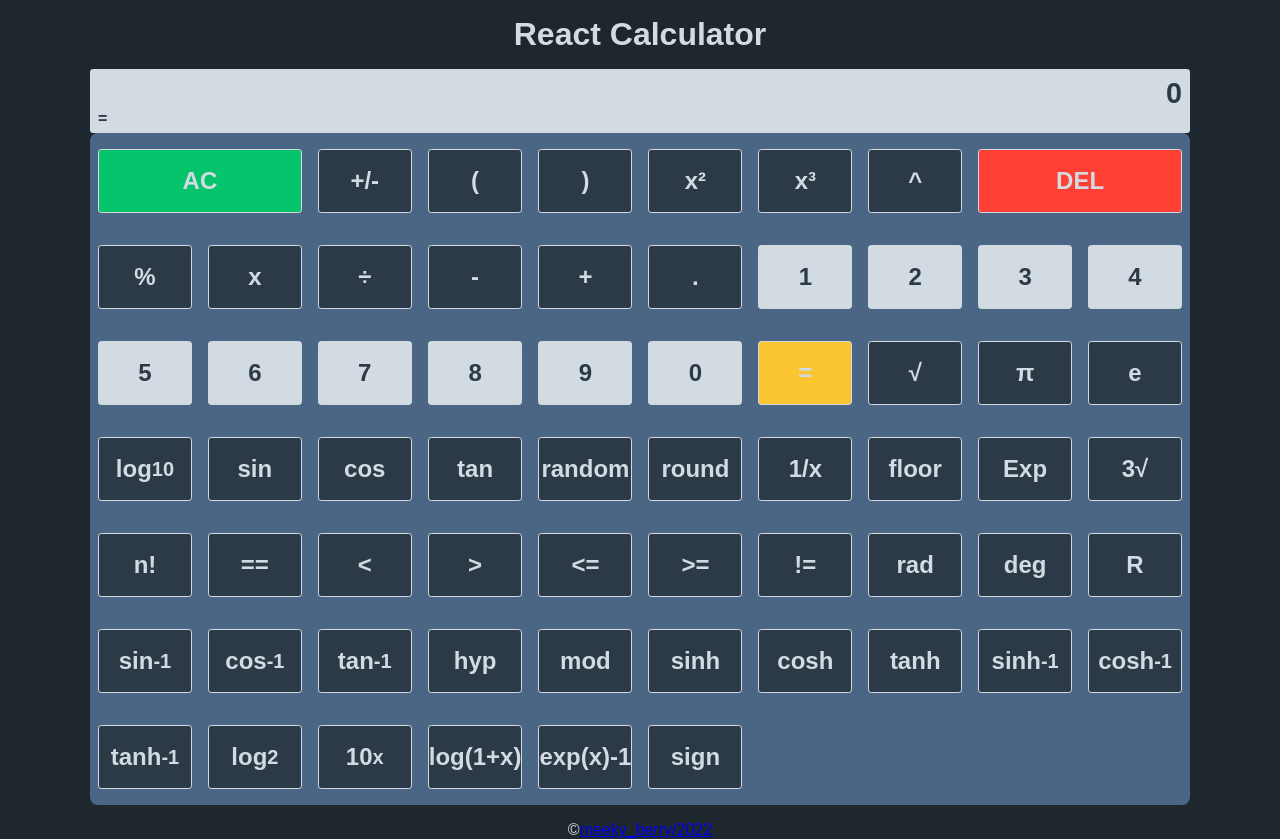
Repository: MikkyPrestige/calculator
Page: /
An editor plug-in stored every save of this project. The page is shown before and after the next save, followed by the edit.
The browser window is 1280 px wide. The pictures show the whole page.
The project was rebuilt for these pictures with package versions that can differ from the ones it lists, and the page was loaded fresh each time.

Above is the page before, as saved 2022-11-17 22:15:15.

After the next save:
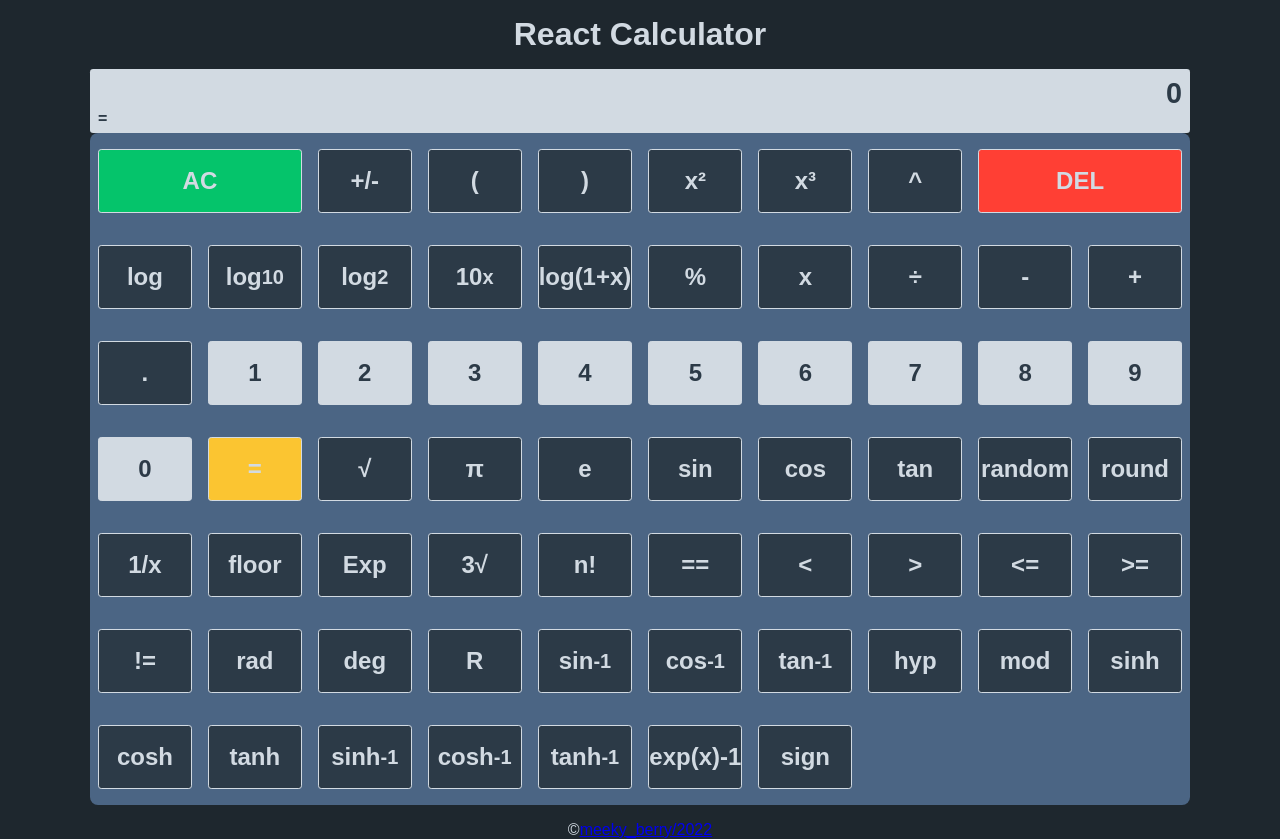
Saved 81 s later.
--- a/src/App.js
+++ b/src/App.js
@@ -544,6 +544,11 @@ function App() {
           <button onClick={del} className='operator delete'>DEL</button>
           <button onClick={cube} className='operator cube'>x³</button>
           <button onClick={() => updateCalc('**')} className='operator'>^</button>
+          <button onClick={log} className='operator log'>log</button>
+          <button onClick={log10} className='operator logTen'>log<sub>10</sub></button>
+          <button onClick={log2} className='operator'>log<sub>2</sub></button>
+          <button onClick={pow10} className='operator'>10<sup>x</sup></button>
+          <button onClick={log1p} className='operator'>log(1+x)</button>
           <button onClick={percentage} className='operator'>%</button>
           <button onClick={() => updateCalc('*')} className='operator'>x</button>
           <button onClick={() => updateCalc('/')} className='operator'>÷</button>
@@ -558,7 +563,6 @@ function App() {
           <button onClick={squareRoot} className='operator sqrt'>√</button>
           <button onClick={pi} className='operator pie'>π</button>
           <button onClick={e} className='operator exponent'>e</button>
-          <button onClick={log10} className='operator logTen'>log<sub>10</sub></button>
           <button onClick={sin} className='operator sin'>sin</button>
           <button onClick={cos} className='operator cos'>cos</button>
           <button onClick={tan} className='operator tan'>tan</button>
@@ -589,9 +593,6 @@ function App() {
           <button onClick={asinh} className='operator'>sinh<sup>-1</sup></button>
           <button onClick={acosh} className='operator'>cosh<sup>-1</sup></button>
           <button onClick={atanh} className='operator'>tanh<sup>-1</sup></button>
-          <button onClick={log2} className='operator'>log<sub>2</sub></button>
-          <button onClick={pow10} className='operator'>10<sup>x</sup></button>
-          <button onClick={log1p} className='operator'>log(1+x)</button>
           <button onClick={expm1} className='operator'>exp(x)-1</button>
           <button onClick={sign} className='operator'>sign</button>
         </div>
